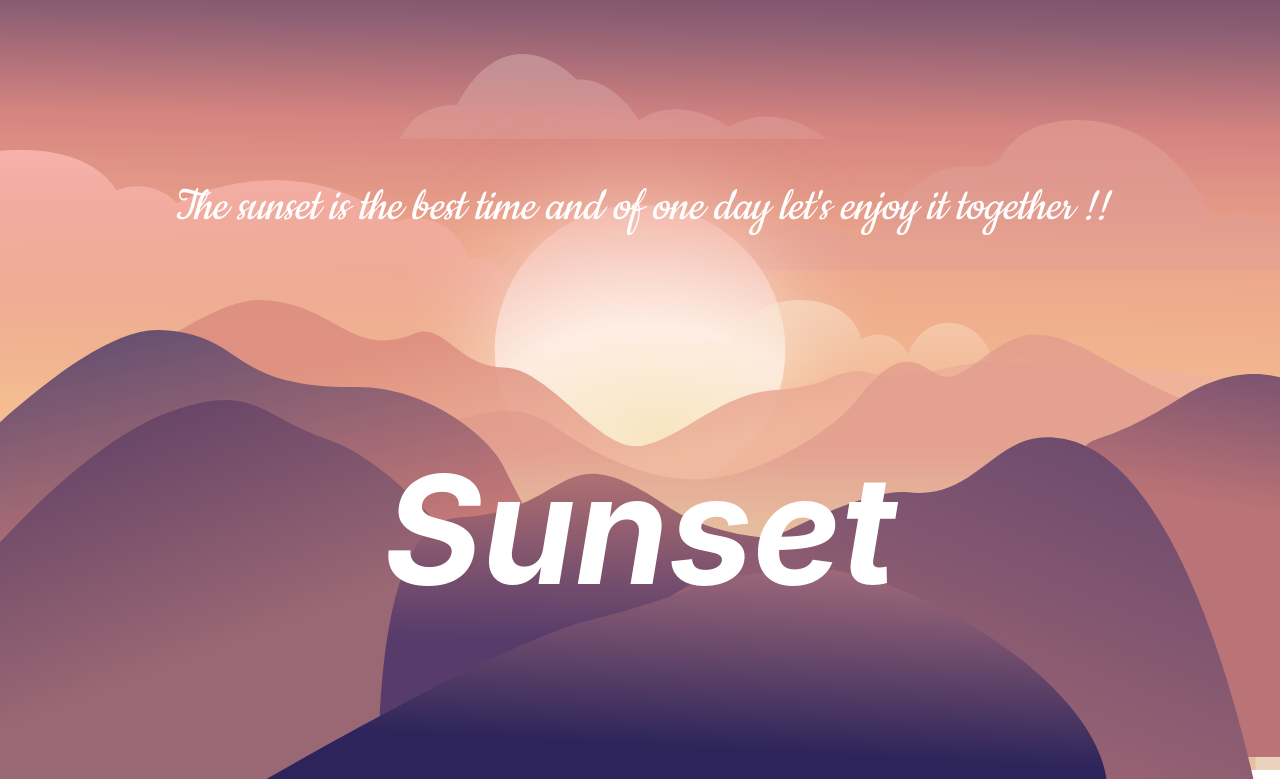
Repository: nambui98/parallax
Page: /
The author's editor kept a copy of each file at every save. The page is drawn from the files as they stood at one save, then again after the next save.
The browser window is 1280 px wide. The pictures show the whole page.
The project was rebuilt for these pictures with package versions that can differ from the ones it lists, and the page was loaded fresh each time. Also part of the build but not shown: vite.config.ts.

Above is the page before, as saved 2022-03-24 13:08:42.

After the next save:
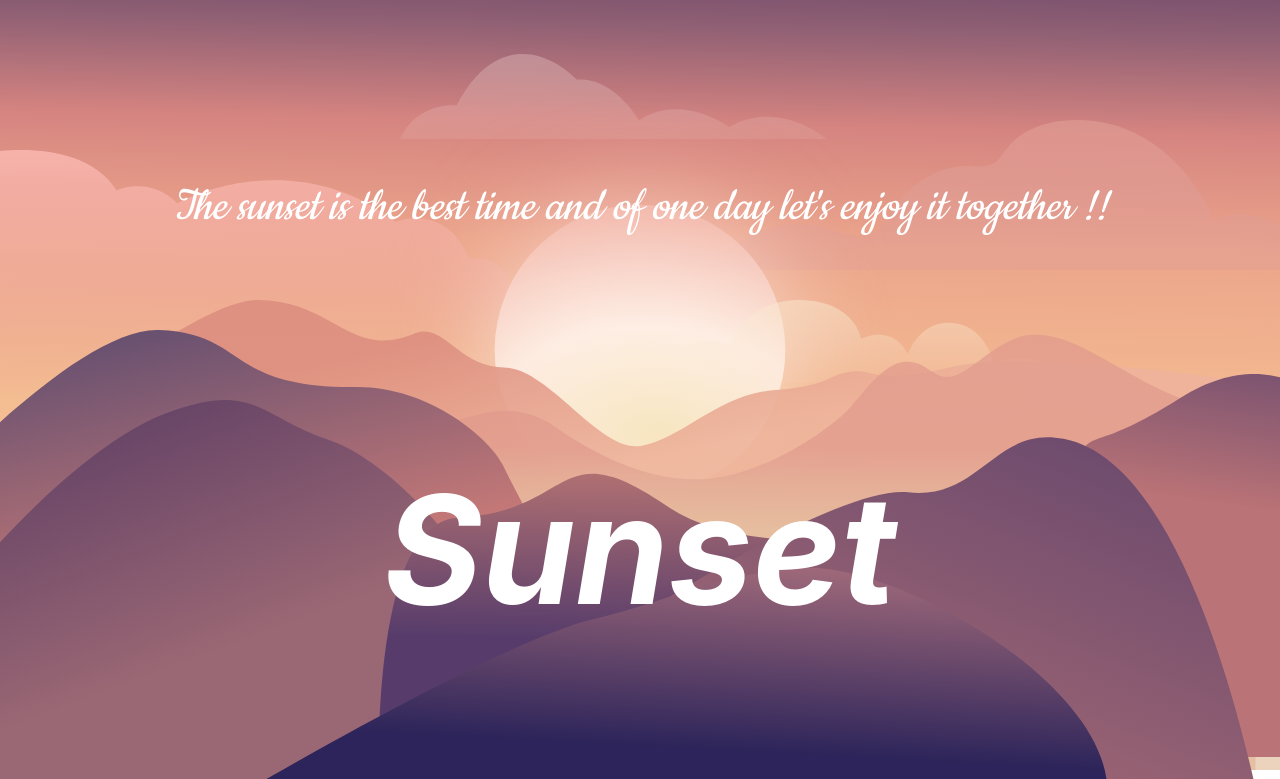
Saved 5 s later.
--- a/src/App.scss
+++ b/src/App.scss
@@ -30,7 +30,7 @@ html{
   }
   h1{
     position: absolute;
-    bottom: 10rem;
+    bottom: 8rem;
     width: 100%;
     font-size: 15rem;
     font-style: italic;
